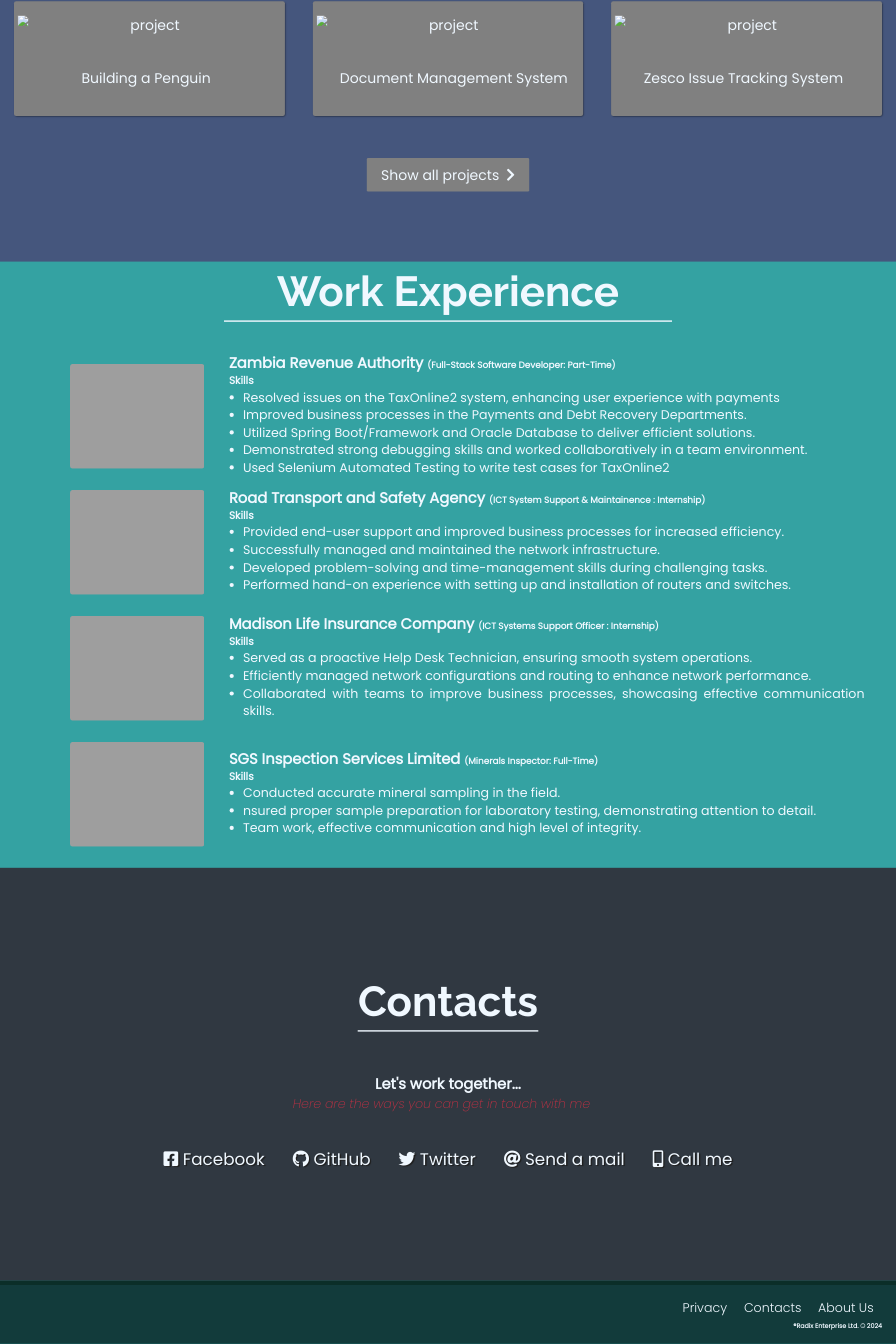
Repository: Lungdjos/personal_portifolio
Page: html/index.html
These files come from the project's save history. The page is drawn as it stood at one moment and after a run of saves; the edit follows.
The browser window is 1280 px wide. The pictures show the part of the page from y = 1224 to 3144 px (the page is 3144 px tall), at 70% of full size.
Pictures or frames that could not be fetched are drawn as grey boxes. Some web libraries are served in a nearby version.

Above is the page before, as saved 2024-02-04 02:35:41.

### html/index.html
<!DOCTYPE html>
<html lang="en">

<head>
    <meta charset="UTF-8">
    <meta name="viewport" content="width=device-width, initial-scale=1.0">
    <title>Personal Portifolio</title>
    <link rel="stylesheet" href="/css/styles.css">
    <link rel="stylesheet" href="https://use.fontawesome.com/releases/v5.8.2/css/all.css" integrity="sha384-oS3vJWv+0UjzBfQzYUhtDYW+Pj2yciDJxpsK1OYPAYjqT085Qq/1cq5FLXAZQ7Ay" crossorigin="anonymous">
    <link href="https://fonts.googleapis.com/css?family=Poppins:200i,300,400&amp;display=swap" rel="stylesheet">
    <link href="https://fonts.googleapis.com/css?family=Raleway:700&amp;display=swap" rel="stylesheet">
    <script src="edge-extension://ajdpfmkffanmkhejnopjppegokpogffp/assets/prompt.js"></script>
</head>

<body>
    <header class="header">
        <nav id="navbar">
            <ul class="nav-list">
                <li><a href="#welcome-section" class="nav-link"><i class=""></i>Home</a></li>
                <li>
                    <a href="#project-section" class="nav-link"> <i class=""></i>Projects</a>
                </li>
                <li>
                    <a href="#work-experience-section" class="nav-link"> <i class=""></i>Experience</a>
                </li>
                <li><a href="#contact-section" class="nav-link"><i class=""></i>Contacts</a></li>
            </ul>
        </nav>
    </header>
    <main class="m-3">
        <div id="spacer"></div>
        <section class="home" id="welcome-section">
            <div id="welcome-section">
                <h1 id="title">Hi there, I am Lungu</h1>
                <p id="sub-title"><span>a</span> <span>full-stack</span> <span>software</span> <span>developer</span></p>
            </div>
        </section>

        <div id="spacer"></div>
        <section class="project-section" id="project-section">
            <h1 id="project-heading" class="heading">Here are some Projects I have done</h1>

            <div class="project-grid">
                <a href="#" target="_blank" class="project project-title">
                    <img class="project-image" src="" alt="project">
                    <p class="project-title">
                        <span class="code">&lt;</span>Technical Document Page
                        <span class="code">/&gt;</span>
                    </p>
                </a>

                <a href="#" target="_blank" class="project project-title">
                    <img class="project-image" src="" alt="project">
                    <p class="project-title">
                        <span class="code">&lt;</span> Piano
                        <span class="code">/&gt;</span>
                    </p>
                </a>

                <a href="#" target="_blank" class="project project-title">
                    <img class="project-image" src="" alt="project">
                    <p class="project-title">
                        <span class="code">&lt;</span> Tribute Page
                        <span class="code">/&gt;</span>
                    </p>
                </a>

                <a href="#" target="_blank" class="project project-title">
                    <img class="project-image" src="" alt="project">
                    <p class="project-title">
                        <span class="code">&lt;</span> Building a Penguin
                        <span class="code">/&gt;</span>
                    </p>
                </a>

                <a href="#" target="_blank" class="project project-title">
                    <img class="project-image" src="" alt="project">
                    <p class="project-title">
                        <span class="code">&lt;</span> Document Management System
                        <span class="code">/&gt;</span>
                    </p>
                </a>

                <a href="#" target="_blank" class="project project-title">
                    <img class="project-image" src="" alt="project">
                    <p class="project-title">
                        <span class="code">&lt;</span> Zesco Issue Tracking System
                        <span class="code">/&gt;</span>
                    </p>
                </a>
            </div>

            <a href="#" class="btn btn-show-all" target="_blank">Show all projects<i class="fas fa-chevron-right"></i></a>
        </section>
        <div id="spacer"></div>
        <section class="work-exp-section" id="work-experience-section">
            <h1 class="heading work-exp-heading">Work Experience</h1>
            <div id="grid">
                <div id="icon"><img src="https://th.bing.com/th?id=OIP.rCZtK_dDgujHTn0u4EiHUwHaEX&w=325&h=191&c=8&rs=1&qlt=90&o=6&pid=3.1&rm=2" alt="icon"></div>
                <div class="experience">
                    <h3>Zambia Revenue Authority <small>(Full-Stack Software Developer: Part-Time)</small></h3>
                    <h5 class="skills">Skills</h5>
                    <p>
                        <ul>
                            <li>Resolved issues on the TaxOnline2 system, enhancing user experience with payments</li>
                            <li>Improved business processes in the Payments and Debt Recovery Departments.</li>
                            <li>Utilized Spring Boot/Framework and Oracle Database to deliver efficient solutions.</li>
                            <li>Demonstrated strong debugging skills and worked collaboratively in a team environment.</li>
                            <li>Used Selenium Automated Testing to write test cases for TaxOnline2</li>
                        </ul>
                    </p>
                </div>
            </div>

            <div id="grid">
                <div id="icon"><img src="https://th.bing.com/th?id=OIP.iDj6ErR_9QzKQiRz5T8xHQAAAA&w=158&h=159&c=8&rs=1&qlt=90&o=6&pid=3.1&rm=2" alt="icon"></div>
                <div class="experience">
                    <h3>Road Transport and Safety Agency <small>(ICT System Support & Maintainence : Internship)</small></h3>
                    <h5 class="skills">Skills</h5>
                    <p>
                        <ul>
                            <li>Provided end-user support and improved business processes for increased efficiency.</li>
                            <li>Successfully managed and maintained the network infrastructure.</li>
                            <li>Developed problem-solving and time-management skills during challenging tasks.</li>
                            <li>Performed hand-on experience with setting up and installation of routers and switches.</li>
                        </ul>
                    </p>
                </div>
            </div>

            <div id="grid">
                <div id="icon"><img src="https://th.bing.com/th?id=OIP.sgcljO8ZBHyturyXo14g8wAAAA&w=216&h=103&c=8&rs=1&qlt=90&o=6&pid=3.1&rm=2" alt="icon"></div>
                <div class="experience">
                    <h3>Madison Life Insurance Company <small>(ICT Systems Support Officer : Internship)</small></h3>
                    <h5 class="skills">Skills</h5>
                    <p>
                        <ul>
                            <li>Served as a proactive Help Desk Technician, ensuring smooth system operations.</li>
                            <li>Efficiently managed network configurations and routing to enhance network performance.</li>
                            <li>Collaborated with teams to improve business processes, showcasing effective communication skills.</li>
                        </ul>
                    </p>
                </div>
            </div>

            <div id="grid">
                <div id="icon"><img src="https://th.bing.com/th?id=OIP.TdyvCMy5NlyppvpqZwovrAHaE8&w=306&h=204&c=8&rs=1&qlt=90&o=6&pid=3.1&rm=2" alt="icon"></div>
                <div class="experience">
                    <div class="title-exp">
                        <h3>SGS Inspection Services Limited <small>(Minerals Inspector: Full-Time)</small></h3>
                    </div>

                    <h5 class="skills">Skills</h5>
                    <p>
                        <ul>
                            <li>Conducted accurate mineral sampling in the field.</li>
                            <li>nsured proper sample preparation for laboratory testing, demonstrating attention to detail.</li>
                            <li>Team work, effective communication and high level of integrity.</li>
                        </ul>
                    </p>
                </div>
            </div>
        </section>
        <div id="spacer"></div>
        <section class="contact-section" id="contact-section">
            <h1 class="heading contacts-heading">Contacts</h1>
            <div class="contact-section-header">
                <h3>Let's work together...</h3>
                <p>Here are the ways you can get in touch with me <i class="fa-duotone fa-phone"></i></p>
            </div>
            <div id="contact-links">
                <a href="https://facebook.com/freecodecamp" target="_blank" class="btn contact-details"><i class="fab fa-facebook-square"></i> Facebook</a>
                <a id="profile-link" href="https://github.com/freecodecamp" target="_blank" class="btn contact-details"><i class="fab fa-github"></i> GitHub</a>
                <a href="https://twitter.com/freecodecamp" target="_blank" class="btn contact-details"><i class="fab fa-twitter"></i> Twitter</a>
                <a href="mailto:example@example.com" class="btn contact-details"><i class="fas fa-at"></i> Send a mail</a>
                <a href="tel:555-555-5555" class="btn contact-details"><i class="fas fa-mobile-alt"></i> Call me</a>
            </div>
        </section>
    </main>
    <footer>
        <ul>
            <li><a href="">Privacy</a></li>
            <li><a href="">Contacts</a></li>
            <li><a href="">About Us</a></li>
        </ul>
        <span>&REG;Radix Enterprise Ltd. &copy; 2024</span>
    </footer>
</body>

</html>

### css/styles.css
/** STYLING FOR THE PORTIFOLIO **/


/* the root selector */

:root {
    /* colors */
    --col-1: aliceblue;
    --col-2: grey;
    --col-3: orangered;
    --col-4: #be3144;
    --bc-1: #34a2a2;
    --bc-2: #0b2e28;
    --bc-3: #123b3b;
    --bc-4: #45567d;
    --bc-5: #303841;
    /* values */
}


/* general stylings */

html {
    font-size: 62.5%;
    box-sizing: border-box;
    scroll-behavior: smooth;
}

* {
    margin: 0;
    padding: 0;
}


/* box-sizing and font sizing */

*,
*::before,
*::after {
    box-sizing: inherit;
}


/* body styling */

body {
    font-family: 'Poppins', sans-serif;
    font-size: 1.8rem;
    font-weight: 400;
    line-height: 1.4;
    color: var(--col-1);
    background-color: var(--bc-1);
}


/* headings styling */

h1,
h2 {
    font-family: 'Raleway', sans-serif;
    font-weight: 600;
    text-align: center;
}

h1 {
    font-size: 6rem;
}

h2 {
    font-size: 4.2rem;
}


/* List and anchor styling */

ul {
    list-style: none;
}

a {
    color: var(--col-1);
    text-decoration: none;
}

img {
    display: block;
    width: 100%;
}


/** NAVIGATION BAR */


/* nav bar styling */

nav {
    font-weight: 600;
}

.header {
    display: flex;
    justify-content: flex-end;
    position: fixed;
    top: 0;
    left: 0;
    width: 100%;
    box-shadow: 0 2px 0 rgba(0, 0, 0, 0.4);
    z-index: 10;
    background-color: var(--bc-2);
}

nav>ul {
    display: flex;
    margin-right: 2rem;
    text-transform: uppercase;
}

.nav-list a {
    display: block;
    font-size: 2.2rem;
    padding: 2rem;
}

.nav-list a:hover {
    background: var(--bc-4);
}

.nav-list a:visited {
    border-bottom: .2rem solid #ff6347;
}


/* body styling */

#spacer {
    max-width: 1000px;
    width: 100%;
    margin: 0 auto;
}

main li {
    list-style-type: disc;
}


/** HOME PAGE */


/* Styling or the Home Page */

.home {
    width: 100%;
    height: 100vh;
    display: flex;
    flex-direction: column;
    justify-content: center;
    align-items: center;
    background: inherit;
    background-image: linear-gradient(62deg, #3a3d40 0%, #181719 100%);
}

#welcome-section>p {
    font-size: 3rem;
    font-weight: 200;
    font-style: italic;
    color: #d0a;
}

#title {
    transform-origin: center;
    animation: rotateAndChangeColor 14s infinite ease-in-out;
}

#sub-title {
    text-indent: 10px;
}

#sub-title span {
    display: inline-block;
    animation: fallAnimation 4s infinite ease-in-out forwards;
}


/** PROJECTS */


/* styling for projects */

.project-section {
    text-align: center;
    padding: 10rem 2rem;
    background: var(--bc-4);
}

.heading {
    max-width: 640px;
    margin: 0 auto 6rem auto;
    border-bottom: .2rem solid var(--col-1);
}


/* grids */

.project-grid {
    display: grid;
    grid-template-columns: repeat(auto-fit, minmax(360px, 1fr));
    grid-gap: 4rem;
    width: 100%;
    max-width: 1280px;
    margin: 0 auto;
    margin-bottom: 6rem;
}


/* individual projects */

.project {
    background: var(--col-2);
    box-shadow: 1px 1px 2px rgba(0, 0, 0, 0.4);
    border-radius: 3px;
}

.code {
    color: var(--col-2);
    transition: color 0.3s ease-out;
}

.project:hover .code {
    color: var(--col-3);
}

.project-image {
    height: calc(100% - 6.8rem);
    width: 100%;
    object-fit: cover;
}

.project-title {
    font-size: 2rem;
    padding: 2rem 0.5rem;
}

.btn {
    display: inline-block;
    padding: 1rem 2rem;
    border-radius: 2px;
}

.btn-show-all {
    font-size: 2rem;
    background: var(--col-2);
    transition: background 0.3s ease-out;
}

.btn-show-all:hover {
    background: var(--col-3);
}

.btn-show-all:hover>i {
    transform: translateX(2px);
}

.btn-show-all>i {
    margin-left: 10px;
    transform: translateX(0);
    transition: transform 0.3s ease-out;
}


/** WORK EXPERIENCE */

#work-experience-section {
    justify-content: center;
}

.work-exp-section small {
    font-size: 60%;
}

#work-experience-section #icon {
    display: flex;
    flex-direction: column;
    justify-content: center;
    align-items: center;
}

#work-experience-section img {
    border-radius: 3%;
    height: 150px;
    width: 15vw;
    margin-right: 2rem;
}

#work-experience-section .experience {
    display: flex;
    flex-direction: column;
    justify-content: center;
    height: 125px;
    width: 80vw;
    padding: 5px;
    margin: 1rem;
}

#grid {
    display: flex;
    margin: 3rem;
    margin-left: 10rem;
}

.experience {
    text-align: justify;
}

.experience ul {
    padding-left: 2rem;
}

.skills {
    color: var(--col-1);
}


/** CONTACTS */

#contact-section {
    display: flex;
    flex-direction: column;
    justify-content: center;
    align-items: center;
    text-align: center;
    padding: 0 3rem;
    width: 100%;
    height: 82vh;
    background: var(--bc-5);
}

.contact-section-header>h2 {
    font-size: 6rem;
}

.contact-section-header>p {
    font-style: italic;
    color: var(--col-4);
}

#contact-links {
    display: flex;
    justify-content: center;
    width: 100%;
    max-width: 980px;
    margin-top: 4rem;
    flex-wrap: wrap;
}

.contact-details {
    font-size: 2.4rem;
    text-shadow: 2px 2px 1px #1f1f1f;
    transition: transform 0.3s ease-out;
}

.contact-details:hover {
    transform: translateY(10px);
    color: var(--col-4);
}


/** FOOTER */


/* footer styling */

footer {
    font-weight: 300;
    padding: 2rem;
    background-color: var(--bc-3);
    border-top: 6px solid var(--bc-2);
}

footer>ul {
    display: flex;
    justify-content: flex-end;
}

footer>ul>li {
    padding: 0 12px;
}

footer>span {
    display: flex;
    justify-content: flex-end;
    margin-top: 6px;
    font-size: .9rem;
    font-weight: bold;
}


/** ANIMATIONS AND EFFECTS */


/* Welcome Page Animations */

@keyframes rotateAndChangeColor {
    0% {
        transform: rotateY(0deg);
        color: #333;
    }
    30% {
        transform: rotateY(360deg);
        color: #2e604a;
    }
    60% {
        transform: rotate(0deg);
        color: #45567d;
    }
    90% {
        transform: rotate(360deg);
        color: #ff6347;
    }
}

@keyframes fallAnimation {
    0% {
        transform: translateY(-60px);
        opacity: 0;
    }
    50% {
        transform: translateY(-60px);
        opacity: 0.4;
    }
    100% {
        transform: translateY(0);
        opacity: 1;
    }
}


/** STYLING FOR SMALL DEVICES */


/* 1200px / 16px = 75em */

@media (max-width: 75em) {
    html {
        font-size: 60%;
    }
}


/* 980px / 16px = 61.25em */

@media (max-width: 61.25em) {
    html {
        font-size: 58%;
    }
}


/* 460px / 16px = 28.75em */

@media (max-width: 28.75em) {
    html {
        font-size: 55%;
    }
}


/** NAV-BAR */


/* nav bar media queries */

@media (max-width: 28.75em) {
    #navbar {
        justify-content: center;
    }
    .nav-list {
        margin: 0 1rem;
    }
}


/** PROJECTS */


/* projects media query */

@media (max-width: 28.75em) {
    #project-heading {
        font-size: 4rem;
    }
}

@media (max-width: 30.625em) {
    .project-section {
        padding: 6rem 1rem;
    }
    .project-grid {
        grid-template-columns: 1fr;
    }
}


/** WORK EXPERIENCE */

@media (max-width: 550px) {
    #work-experience-section #icon {
        display: none;
    }
}

@media (max-width: 550px) {
    #work-experience-section .experience {
        width: 100%;
        text-align: center;
        padding: 0;
        height: 150px;
    }
}

@media (max-width: 650px) {
    #work-experience-section {
        margin-top: 0;
    }
}


/** CONTACTS */

@media (max-width: 28.75em) {
    .contact-section-header>h2 {
        font-size: 4rem;
    }
}


/** FOOTER */


/* footer */

@media (max-width: 28.75em) {
    footer {
        flex-direction: column;
        text-align: center;
    }
}

After the next 4 saves:
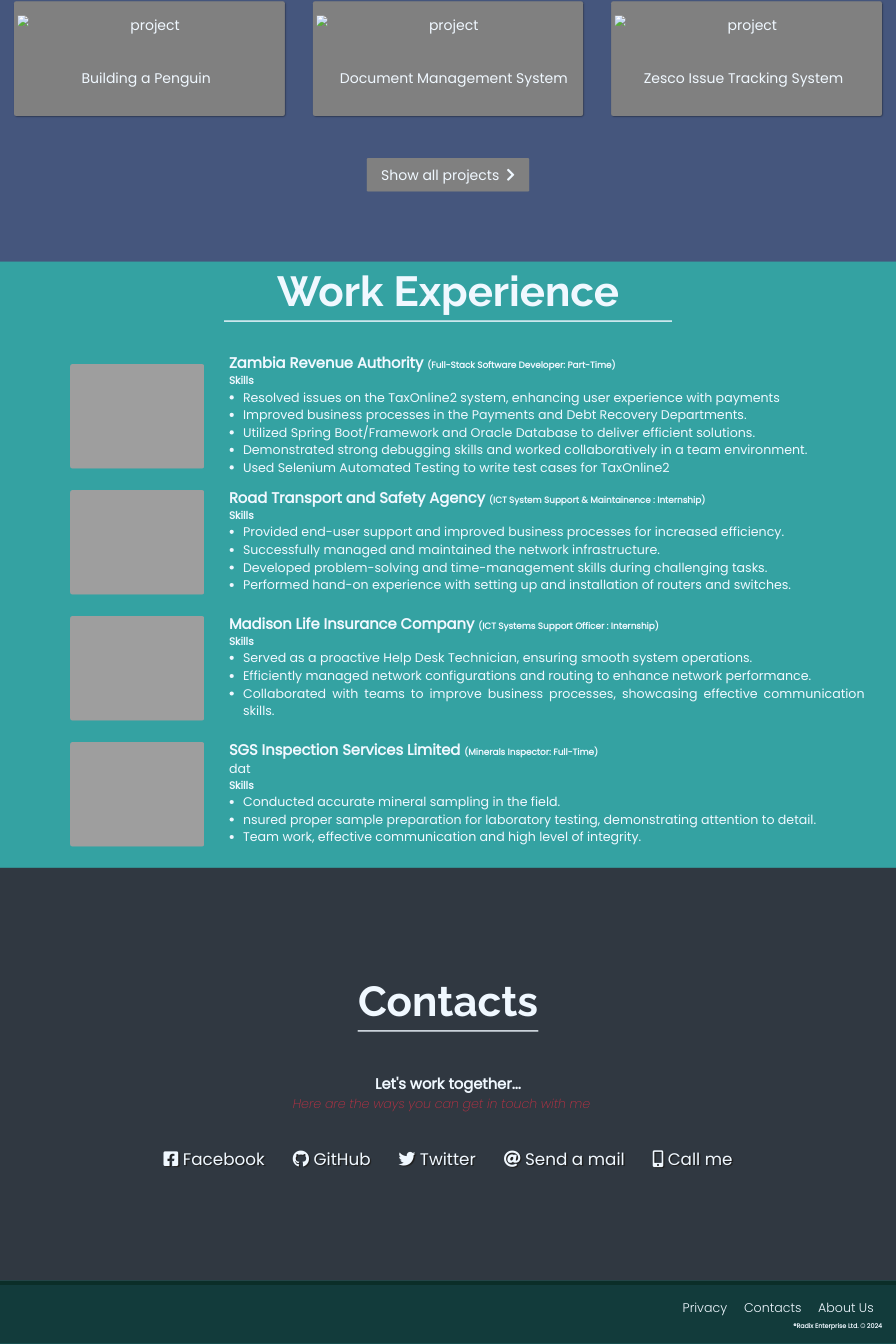
The 4 saves are shown as one change because they came seconds apart.
The last was saved 12 s later.
--- a/html/index.html
+++ b/html/index.html
@@ -148,6 +148,7 @@
                 <div class="experience">
                     <div class="title-exp">
                         <h3>SGS Inspection Services Limited <small>(Minerals Inspector: Full-Time)</small></h3>
+                        dat
                     </div>
 
                     <h5 class="skills">Skills</h5>
